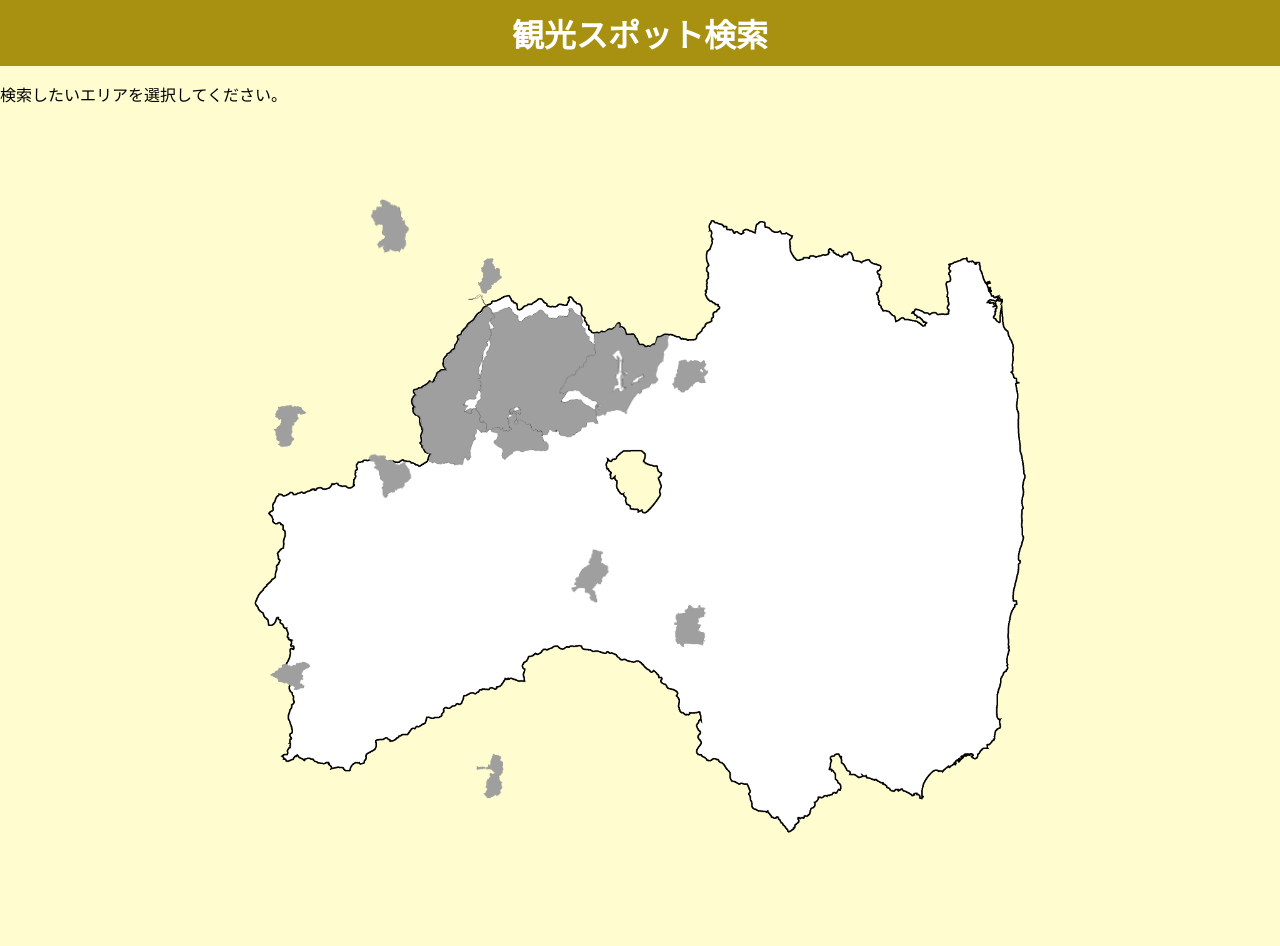
Repository: ryoutana/tanaryou.github.io
Page: Downloads/project/index.html
An editor plug-in stored every save of this project. The page is shown before and after a run of saves, followed by the edit.
The browser window is 1280 px wide. The pictures show the whole page.

Above is the page before, as saved 2025-04-29 12:50:59.

### Downloads/project/index.html
<!DOCTYPE html>
<html lang="ja">
<head>
    <meta charset="UTF-8">
    <meta name="viewport" content="width=device-width, initial-scale=1.0">
    <title>観光スポット検索</title>
    <link rel="stylesheet" href="styles.css">
</head>
<body>
    <header>
        <h1 id="pageTitle">観光スポット検索</h1>
    </header>
    <main>
        <section id="intro">
            <p id="introText">検索したいエリアを選択してください。</p>
            <div id="mapContainer">
                <img id="introImage" src="福島県白地図.png" alt="福島県の地図">
                <div id="spotContainer"></div>
            </div>
        </section>
    </main>
    <script src="script.js"></script>
</body>
</html>

### Downloads/project/styles.css
/* styles.css */

/* 全体のリセット */
body, html {
    margin: 0;
    padding: 0;
    box-sizing: border-box;
    background-color: #fffdd0; /* 背景色をクリーム色に設定 */
    font-family: Arial, sans-serif;
}

/* ヘッダーのスタイル */
header {
    text-align: center;
    background-color: #a89110; /* ゴールド系の背景色 */
    padding: 10px 0;
}

#pageTitle {
    font-size: 2em;
    margin: 0;
    color: #fff; /* 白文字 */
}

/* 地図全体のコンテナ */
#mapContainer {
    position: relative;
    width: 80%; /* 地図の幅を画面幅に応じて調整 */
    max-width: 800px;
    margin: 20px auto;
    overflow: hidden;
    text-align: center;
}

#introImage {
    width: 100%; /* 地図画像を親要素にフィットさせる */
    height: auto;
    display: block;
    margin: 0 auto;
    z-index: 1;
}

/* スポット画像のコンテナ */
#spotContainer {
    position: absolute;
    top: 0;
    left: 0;
    width: 100%;
    height: 100%;
    z-index: 2;
}

/* スポット画像のスタイル */
.spot-image {
    position: absolute;
    transform: translate(-50%, -50%); /* 中心基準で配置 */
    cursor: pointer;
    transition: filter 0.3s ease;
    filter: brightness(0.8) saturate(0); /* デフォルトで薄い灰色 */
}

.spot-image:hover {
    filter: brightness(1.2) hue-rotate(90deg); /* カーソルが乗ると黄緑 */
}

.spot-image.active {
    filter: brightness(1) hue-rotate(120deg) saturate(2); /* クリックでしっかり緑 */
}

### Downloads/project/script.js
// script.js

// スポットデータ（座標は地図画像内の相対的なピクセル位置）
const spots = [
    { name: '会津坂下町', img: '会津坂下町(白地図).png', x: 275, y: 300, width: 80 },
    { name: '会津若松市', img: '会津若松市(白地図).png', x: 150, y: 100, width: 60 },
    { name: '会津美里町', img: '会津美里町(白地図).png', x: 250, y: 150, width: 40 },
    { name: '喜多方市', img: '喜多方市(白地図).png', x: 291, y: 240, width: 170 },
    { name: '金山町', img: '金山町(白地図).png', x: 450, y: 250, width: 45 },
    { name: '三島町', img: '三島町(白地図).png', x: 50, y: 300, width: 50 },
    { name: '昭和村', img: '昭和村(白地図).png', x: 150, y: 350, width: 55 },
    { name: '西会津町', img: '西会津町(白地図).png', x: 214, y: 260, width: 180 },
    { name: '猪苗代町', img: '猪苗代町(白地図).png', x: 350, y: 450, width: 60 },
    { name: '湯川村', img: '湯川村(白地図).png', x: 450, y: 500, width: 50 },
    { name: '磐梯町', img: '磐梯町(白地図).png', x: 50, y: 550, width: 45 },
    { name: '北塩原村', img: '北塩原村(白地図).png', x: 374, y: 244, width: 123 },
    { name: '柳津町', img: '柳津町(白地図).png', x: 250, y: 650, width: 50 }
];

// スポットを動的に生成
function generateSpots() {
    const spotContainer = document.getElementById('spotContainer');
    const mapContainer = document.getElementById('mapContainer');

    if (!spotContainer || !mapContainer) {
        console.error('Error: 必要な要素が見つかりません。');
        return;
    }

    const mapWidth = mapContainer.offsetWidth; // 地図の幅
    const mapHeight = mapContainer.offsetHeight; // 地図の高さ

    spots.forEach(spot => {
        const img = document.createElement('img');
        img.src = spot.img;
        img.alt = spot.name;
        img.style.width = `${(spot.width / 800) * mapWidth}px`; // 幅を地図のサイズに比例させる
        img.style.left = `${(spot.x / 800) * mapWidth}px`; // x座標を地図のサイズに比例させる
        img.style.top = `${(spot.y / 800) * mapHeight}px`; // y座標を地図のサイズに比例させる
        img.classList.add('spot-image');

        // クリックイベントで色を変更
        img.addEventListener('click', () => {
            if (img.classList.contains('active')) {
                img.classList.remove('active'); // 緑から灰色に戻す
            } else {
                img.classList.add('active'); // 緑にする
            }
        });

        spotContainer.appendChild(img);
    });
}

// 初期化処理
function init() {
    generateSpots();
    console.log('スポット画像の生成が完了しました。');
}

// ページ読み込み時に初期化
window.onload = init;

After the next 3 saves:
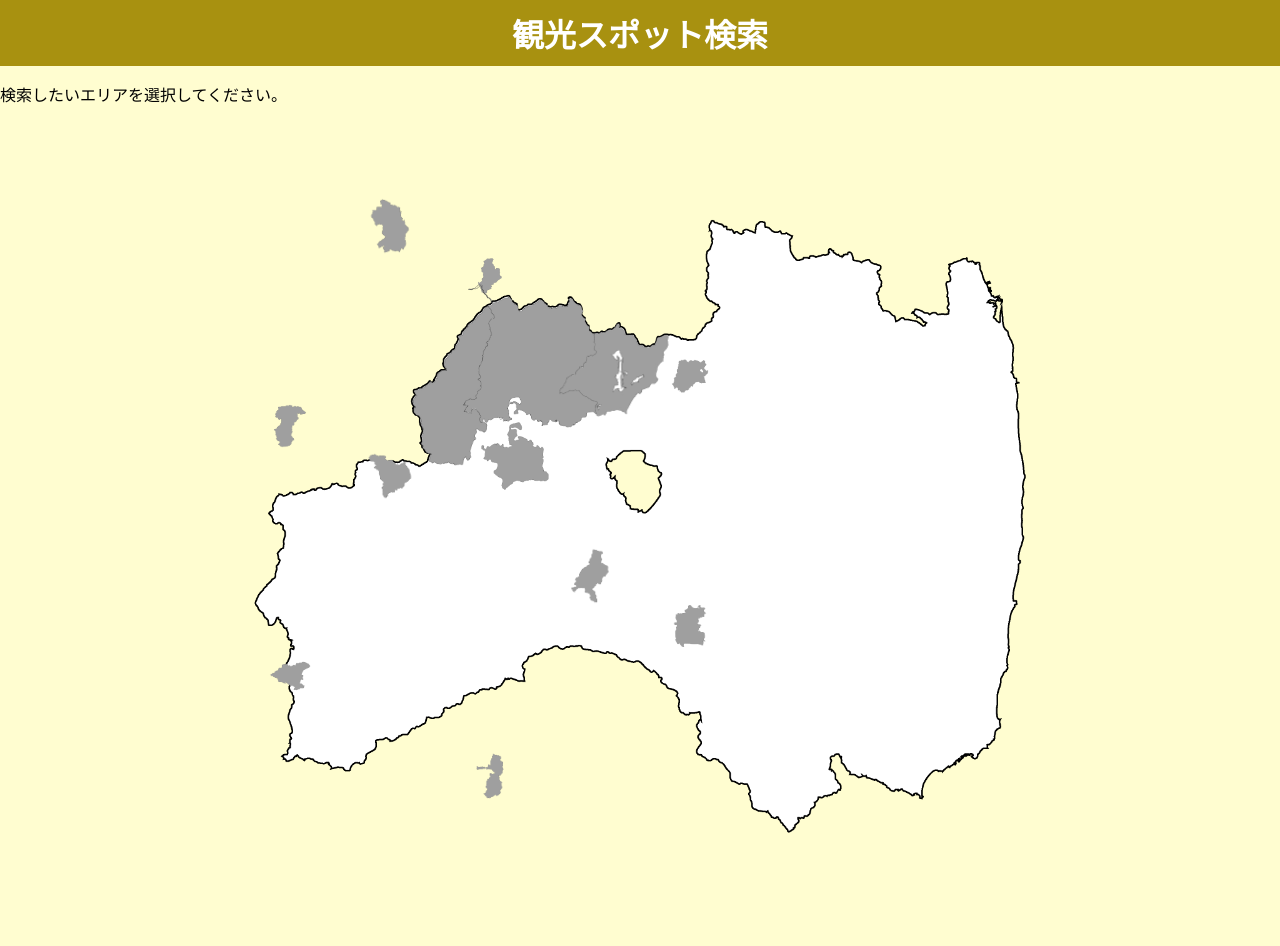
The 3 saves are shown as one change because they came seconds apart.
The last was saved 9 s later.
--- a/Downloads/project/script.js
+++ b/Downloads/project/script.js
@@ -2,10 +2,10 @@
 
 // スポットデータ（座標は地図画像内の相対的なピクセル位置）
 const spots = [
-    { name: '会津坂下町', img: '会津坂下町(白地図).png', x: 275, y: 300, width: 80 },
+    { name: '会津坂下町', img: '会津坂下町(白地図).png', x: 275, y: 330, width: 80 },
     { name: '会津若松市', img: '会津若松市(白地図).png', x: 150, y: 100, width: 60 },
     { name: '会津美里町', img: '会津美里町(白地図).png', x: 250, y: 150, width: 40 },
-    { name: '喜多方市', img: '喜多方市(白地図).png', x: 291, y: 240, width: 170 },
+    { name: '喜多方市', img: '喜多方市(白地図).png', x: 291, y: 230, width: 170 },
     { name: '金山町', img: '金山町(白地図).png', x: 450, y: 250, width: 45 },
     { name: '三島町', img: '三島町(白地図).png', x: 50, y: 300, width: 50 },
     { name: '昭和村', img: '昭和村(白地図).png', x: 150, y: 350, width: 55 },
